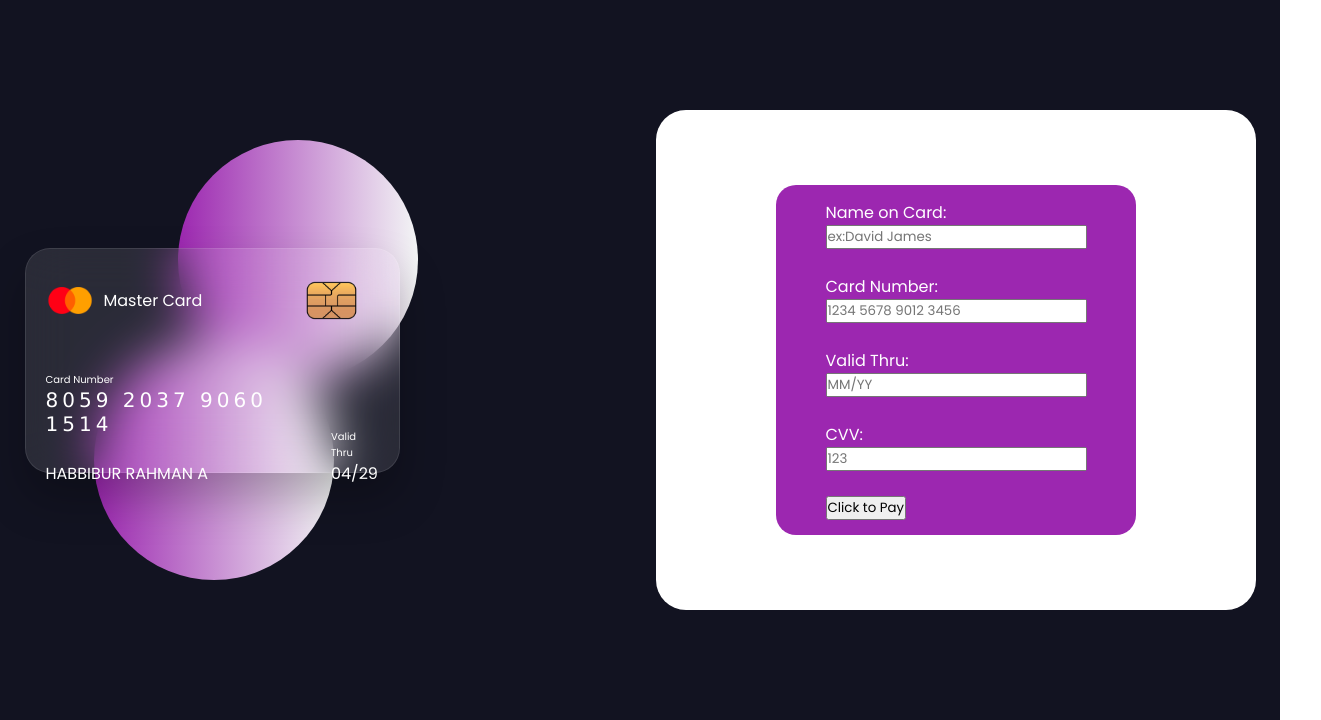
Repository: Habeebur1493/-002-Prompt
Page: index.html
These files come from the project's save history. The page is drawn as it stood at one moment and after the next save; the edit follows.
The browser window is 1280 px wide. The page is 1280 px wide, then 1321 px, so the pictures cover 1321 px, including what lies to the right of the window. The pictures show the whole page.

Above is the page before, as saved 2024-09-11 01:24:32.

After the next save:
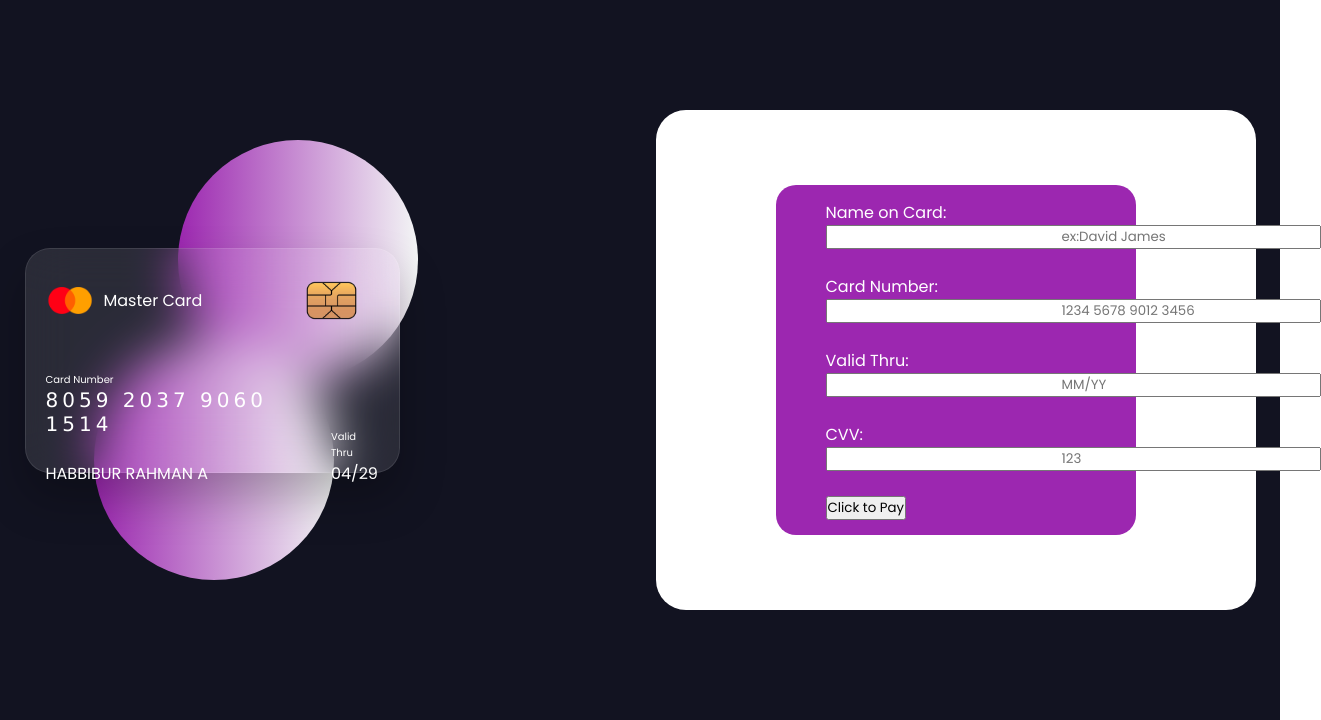
Saved 41 s later.
--- a/style.css
+++ b/style.css
@@ -184,6 +184,6 @@
     background-color: #9c27b0;
     border-radius: 20px;
 }
-.content > input{
+.content input{
     padding-left: 90%;
 }
